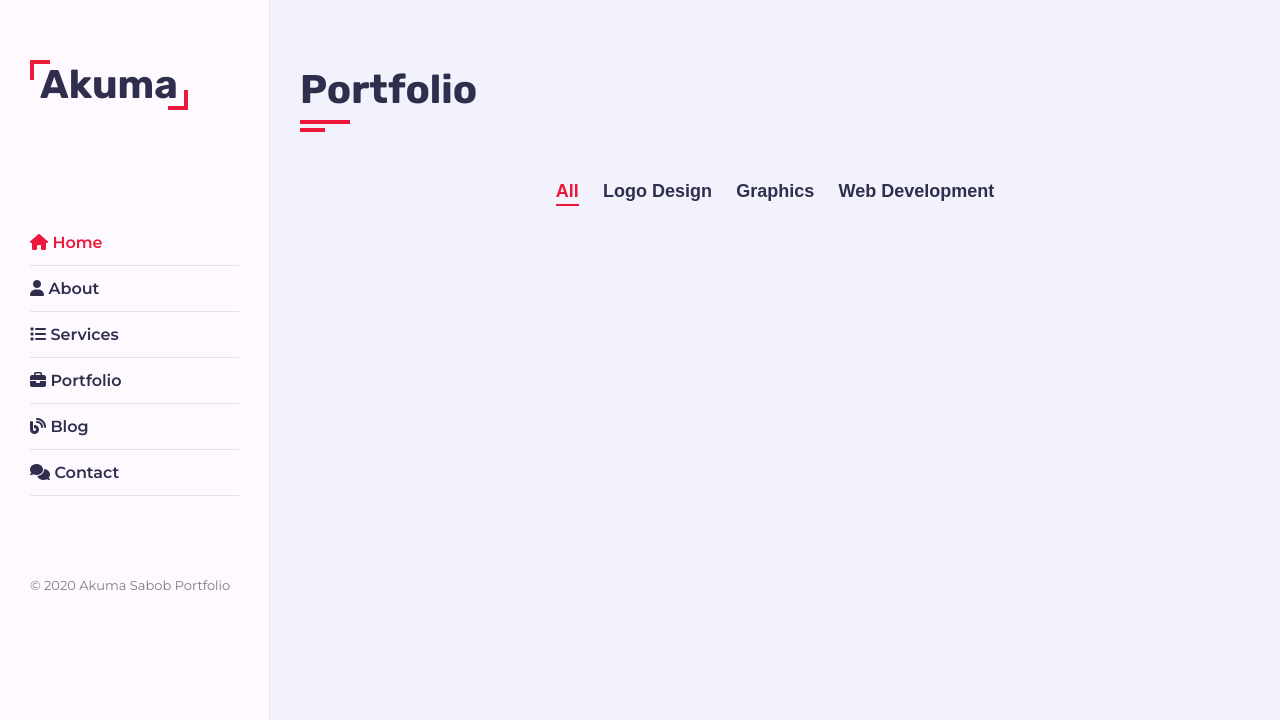
Repository: Akuma001/MY-Portfolio
Page: index.html
An editor plug-in stored every save of this project. The page is shown before and after the next save, followed by the edit.
The browser window is 1280 px wide. The pictures show the whole page.
Some web libraries are served in a nearby version.

Above is the page before, as saved 2020-12-15 22:55:51.

After the next save:
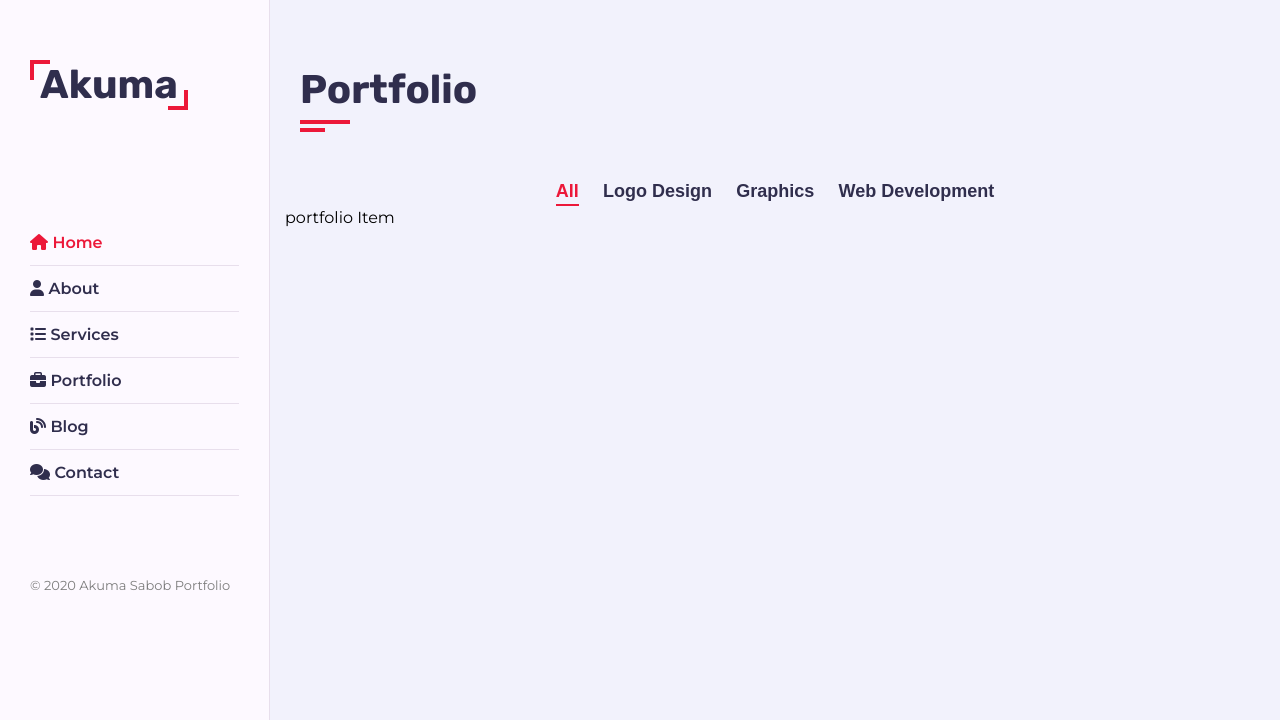
Saved 105 s later.
--- a/index.html
+++ b/index.html
@@ -342,6 +342,11 @@
             <button type="button" data-filter="web-development">Web Development</button>
           </div>
         </div>
+        <div class="row">
+          <div class="portfolio-item">
+            portfolio Item
+          </div>
+        </div>
       </div>
     </section>
 
